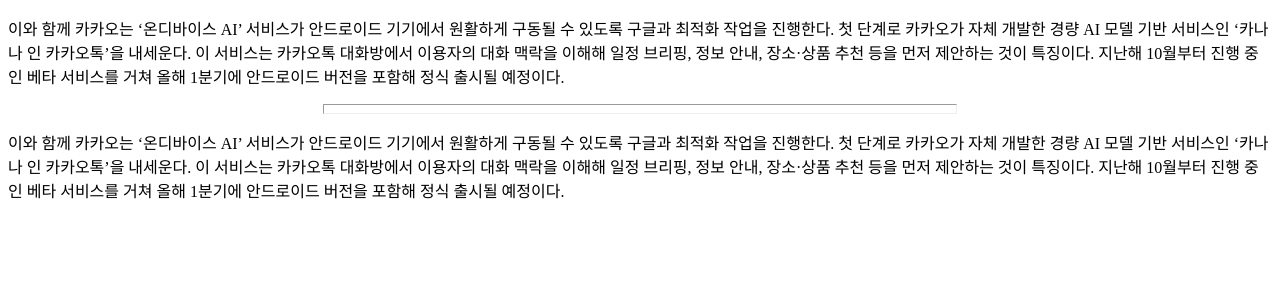
Repository: HongTaeHun337/HTML-CSS-JavaScript-
Page: html/HtmlTest/src/main/webapp/ex08_hr.html
An editor plug-in stored every save of this project. The page is shown before and after the next save, followed by the edit.
The browser window is 1280 px wide. The pictures show the whole page.

Above is the page before, as saved 2026-02-13 00:49:50.

After the next save:
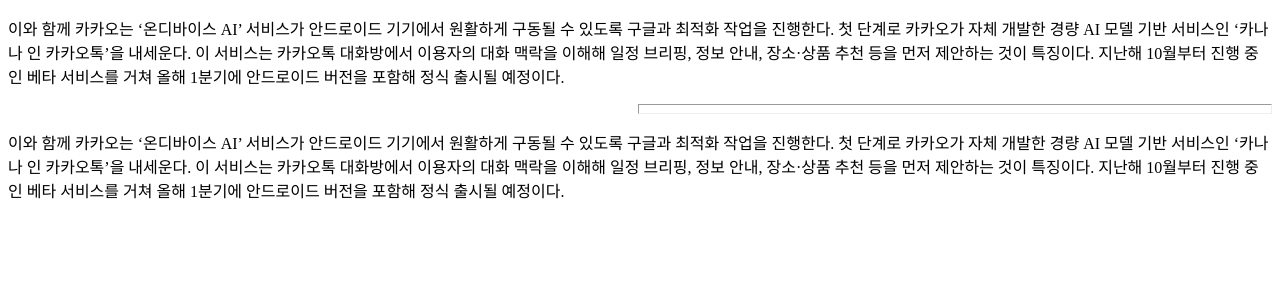
Saved 15 min 30 s later.
--- a/html/HtmlTest/src/main/webapp/ex08_hr.html
+++ b/html/HtmlTest/src/main/webapp/ex08_hr.html
@@ -17,7 +17,7 @@
 		hr 속성
 		1. size: 선의 두께
 		2. width: 선의 너비
-		align: 선의 위치
+		3. align: 선의
 
 		HTML 속성값의 형태(***)
 		1. 숫자형
@@ -26,6 +26,10 @@
 			- 단위 없음: 글자 개수
 			- 단위 있음: % > 백분율 > 상대값
 				- 부모 태그의 영역을 기준으로 한다.(*************)
+
+		2. 열거형
+			- 정해진 속성값 중 하나를 선택
+
 	 -->
 
 	 <p>이와 함께 카카오는 ‘온디바이스 AI’ 서비스가 안드로이드 기기에서 원활하게 구동될 수 있도록 구글과 최적화 작업을 진행한다.
@@ -33,7 +37,7 @@
 	 이용자의 대화 맥락을 이해해 일정 브리핑, 정보 안내, 장소·상품 추천 등을 먼저 제안하는 것이 특징이다.
 	 지난해 10월부터 진행 중인 베타 서비스를 거쳐 올해 1분기에 안드로이드 버전을 포함해 정식 출시될 예정이다.</p>
 
-	 <hr size = "10" width = "50%">
+	 <hr size = "10" width = "50%" align = "right">
 
 	 <p>이와 함께 카카오는 ‘온디바이스 AI’ 서비스가 안드로이드 기기에서 원활하게 구동될 수 있도록 구글과 최적화 작업을 진행한다.
 	 첫 단계로 카카오가 자체 개발한 경량 AI 모델 기반 서비스인 ‘카나나 인 카카오톡’을 내세운다. 이 서비스는 카카오톡 대화방에서
